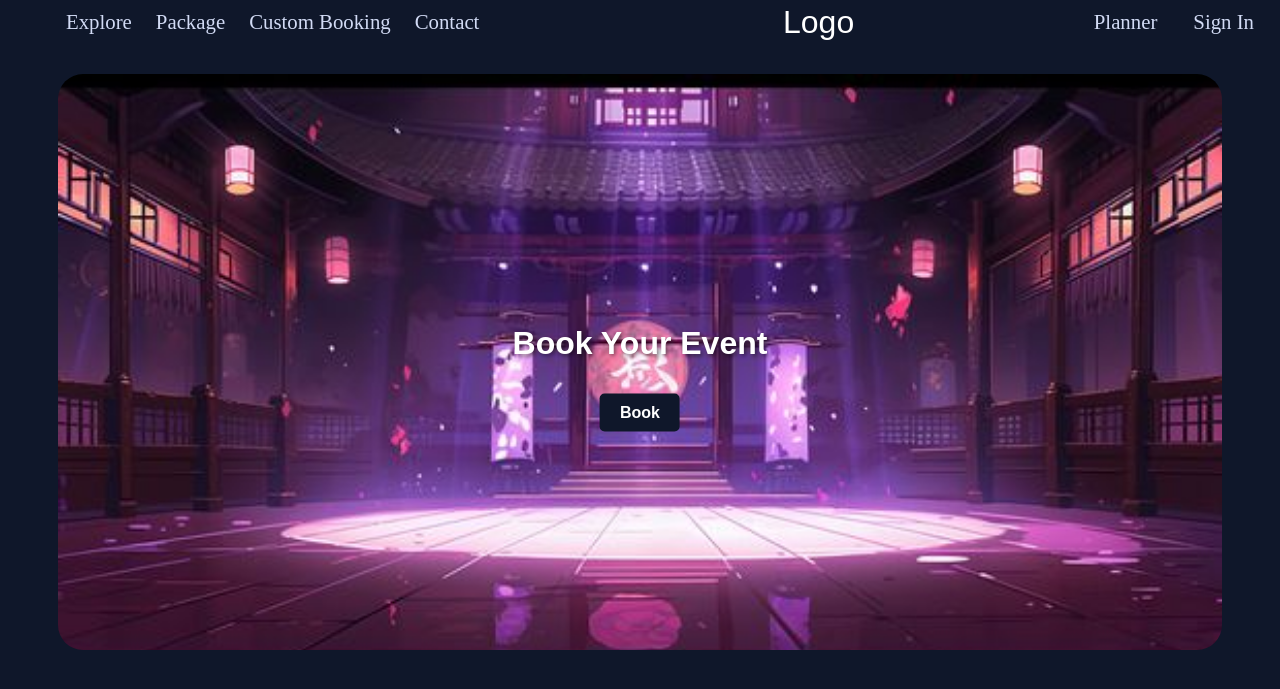
Repository: Demonster-01/Event-Management
Page: / (app in EventOrg/)
An editor plug-in stored every save of this project. The page is shown before and after the next save, followed by the edit.
The browser window is 1280 px wide. The pictures show the whole page.
Some web fonts or font styles are not loaded; a fallback is used. The project was rebuilt for these pictures with package versions that can differ from the ones it lists, and the page was loaded fresh each time. Also part of the build but not shown: EventOrg/vite.config.js, EventOrg/src/components/Slideshow.jsx.

Above is the page before, as saved 2024-11-08 20:08:06.

After the next save:
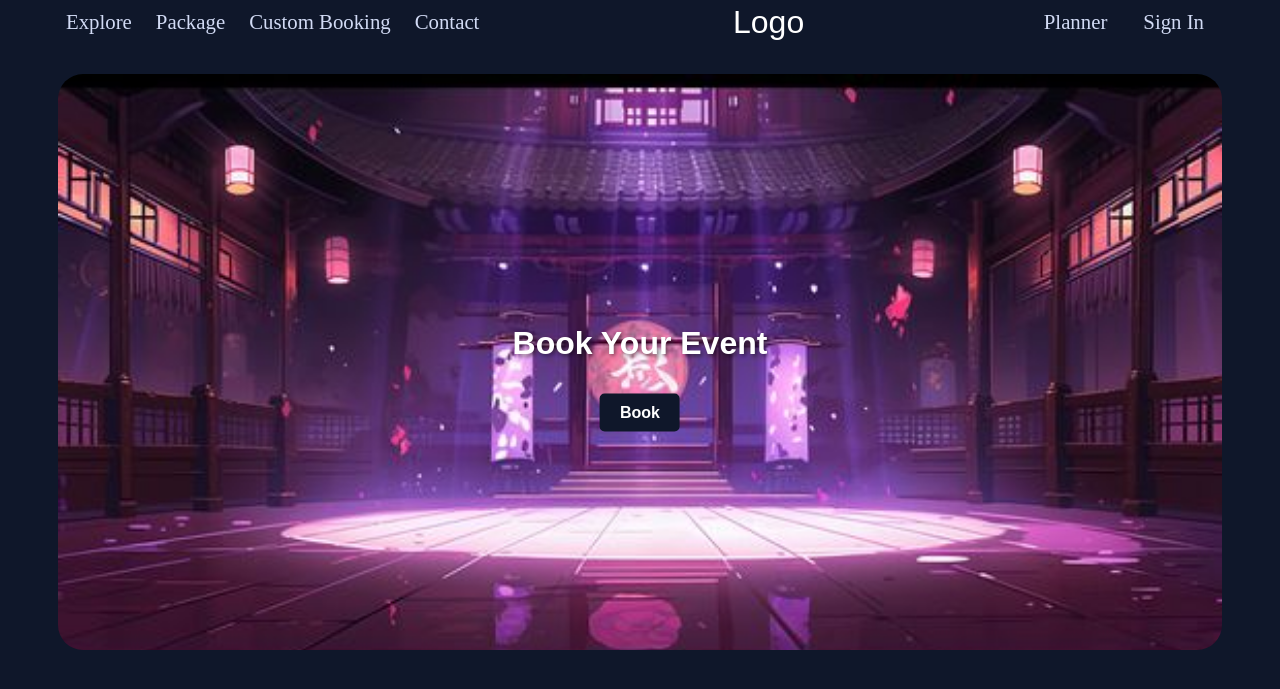
Saved 20 s later.
--- a/EventOrg/src/module_css/Nav.module.css
+++ b/EventOrg/src/module_css/Nav.module.css
@@ -11,7 +11,6 @@
   font-size: 1.3rem;
   font-family: "Oranienbaum";
   margin-left: 50px;
-  margin-right: 50px;
 }
 
 .nav_list {
@@ -37,6 +36,8 @@
 .btngroup {
   display: flex;
   gap: 1rem;
+
+  margin-right: 50px;
 }
 
 .btn {
